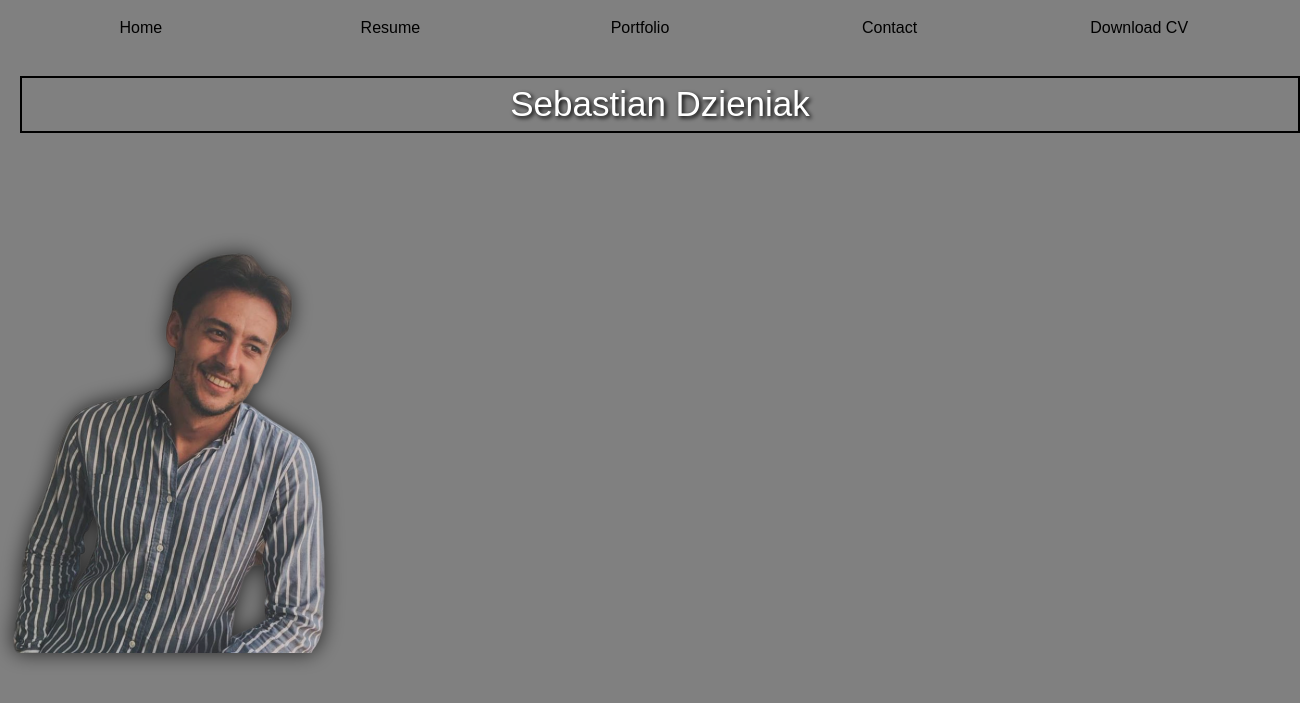
Repository: Code-Institute-Submissions/sebson1990-portfolio.sebastian
Page: index.html
The author's editor kept a record of every edit. The page is drawn from the files as they stood at one moment, then again after the next edit.
The browser window is 1280 px wide. The page is 1300 px wide, then 1280 px, so the pictures cover 1300 px, including what lies to the right of the window. The pictures show the whole page.

Above is the page before.

### index.html
<!DOCTYPE html>
<html lang="en">

<head>
    <meta charset="UTF-8">
    <meta name="viewport" content="width=device-width, initial-scale=1.0">
    <meta http-equiv="X-UA-Compatible" content="ie=edge">
    <title>Portfolio Sebastian Dzieniak</title>
    <link rel="stylesheet" href="https://stackpath.bootstrapcdn.com/bootstrap/4.3.1/css/bootstrap.min.css" type="text/css">
    <link rel="stylesheet" href="css/style.css" type="text/css" />
</head>

<body>
    <ul class="nav nav-pills nav-justified navbar">
        <li class="nav-item nav-blocks">
            <a class="nav-link menu-item" href="#">Home</a>
        </li>
        <li class="nav-item nav-blocks">
            <a class="nav-link menu-item" href="#">Resume</a>
        </li>
        <li class="nav-item nav-blocks">
            <a class="nav-link menu-item" href="#">Portfolio</a>
        </li>
        <li class="nav-item nav-blocks">
            <a class="nav-link menu-item" href="#">Contact</a>
        </li>
        <li class="nav-item nav-blocks">
            <a class="nav-link menu-item" href="#">Download CV</a>
        </li>
    </ul>
    <row>
        <div class="col-12 logo">Sebastian Dzieniak</div>
    </row>
    <div>
        <img class="profilepic" src="assets/profile3.png" alt="profile picture">
    </div>
    </section>
</body>

</html>

### css/style.css
/*-------------------navbar*/

.logo {
    font-size: 35px;
    color: White;
    text-align: center;
    font-family: 'Pacifico', sans-serif;
    font-weight: 400;
    text-shadow: 2px 2px 4px #000000;
    margin: 20px;
    padding-left: 300px;
    padding-right: 300px;
    border: 2px solid black;
}

.menu-item {
    color: black;
    font-family: 'Pacifico', sans-serif;
    font-weight: 400;
    color: #000000;
}

.navbar {
    text-align: center;
}

/*-------------------------------------------body*/

body {
    background-color: grey;


}

.profilepic {
    opacity: 0.7;
    background-position: right 300px;
    background-repeat: no-repeat;
    filter: drop-shadow(0 0 10px #000);

}

After the next edit:
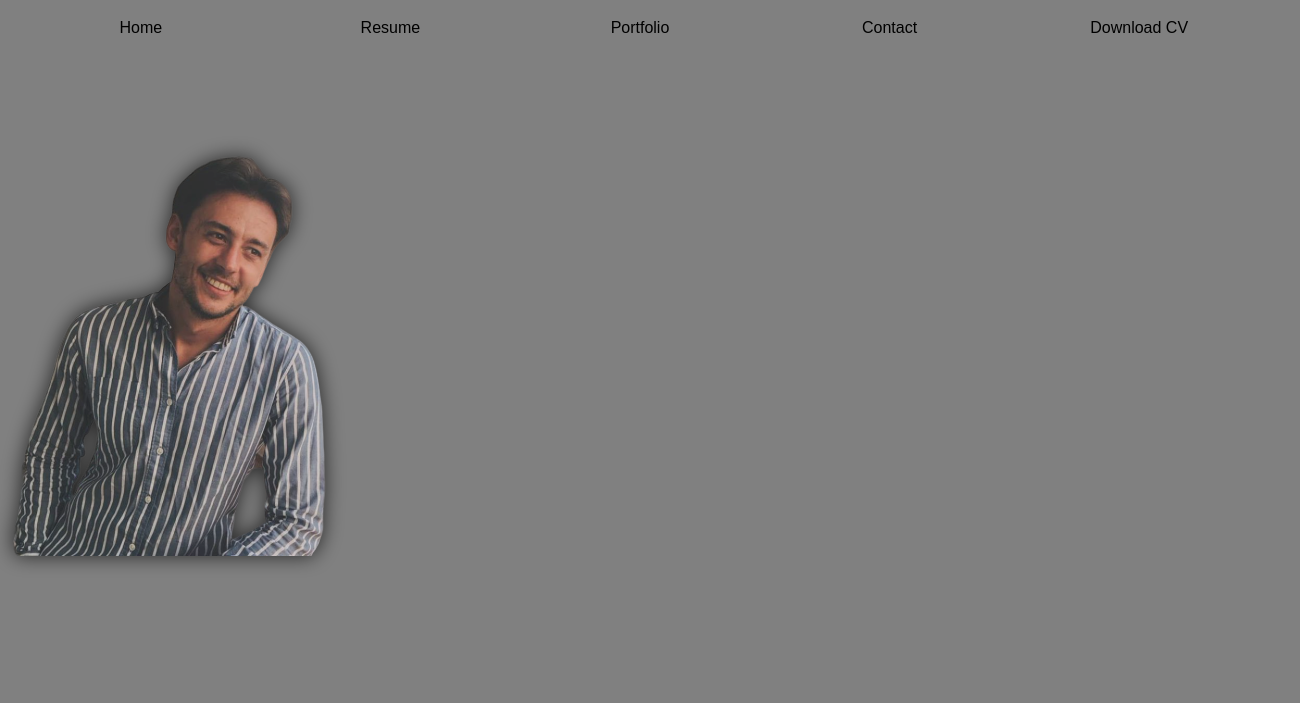
The edit:
--- a/index.html
+++ b/index.html
@@ -28,9 +28,7 @@
             <a class="nav-link menu-item" href="#">Download CV</a>
         </li>
     </ul>
-    <row>
-        <div class="col-12 logo">Sebastian Dzieniak</div>
-    </row>
+
     <div>
         <img class="profilepic" src="assets/profile3.png" alt="profile picture">
     </div>
